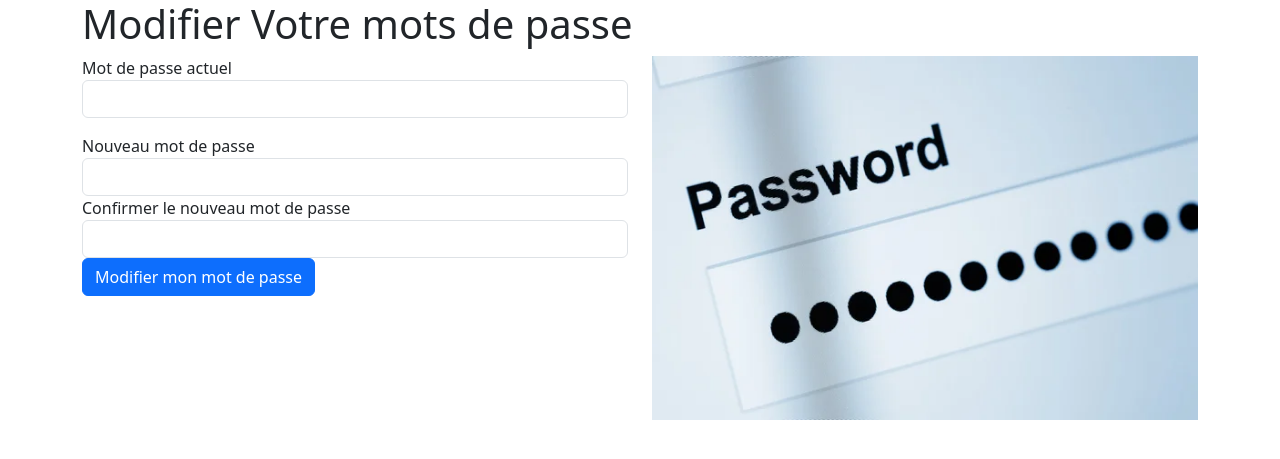
Repository: khadyba/GestionEtablissementScolaire
Page: resources/views/Professeurs/updatePassword.blade.php
These files come from the project's save history. The page is drawn as it stood at one moment and after a run of saves; the edit follows.
The browser window is 1280 px wide. The pictures show the whole page.
The page is served by the project's Laravel application, run on PHP 8.4 with Laravel 9. Other server files are loaded and not shown. The template is opened directly, without the code that normally fills it, so the values that code supplies are empty.

Above is the page before, as saved 2024-11-13 10:48:55.

### sunuEcole/routes/web.php
<?php

use App\Models\Classe;
use Illuminate\Support\Facades\Route;
use App\Http\Controllers\UsersController;
use App\Http\Controllers\ClasseController;
use App\Http\Controllers\ElevesController;
use App\Http\Controllers\ParentsController;
use App\Http\Controllers\PaymentController;
use App\Http\Controllers\AdminLoginController;
use App\Http\Controllers\ProfesseurController;
use App\Http\Controllers\ElevesCoursController;
use App\Http\Controllers\EvaluationsController;
use App\Http\Controllers\EtablissementController;
use App\Http\Controllers\SalleDeClasseController;
use App\Http\Controllers\AdministrateurController;
use App\Http\Controllers\EmploisDuTempsController;
use App\Http\Controllers\NotesController;
use App\Models\Administrateur;
use App\Models\Parents;

/*
|--------------------------------------------------------------------------
| Web Routes
|--------------------------------------------------------------------------
|
| Here is where you can register web routes for your application. These
| routes are loaded by the RouteServiceProvider within a group which
| contains the "web" middleware group. Now create something great!
|
*/

Route::get('/', function () {
    return view('layouts.app');
})->name('home');
            // Routes pour les utilisateurs
Route::prefix('users')->name('users.')->group(function () {
    Route::get('create', [UsersController::class, 'create'])->name('create');
    Route::post('/', [UsersController::class, 'store'])->name('store');
    Route::get('login', [UsersController::class, 'connection'])->name('login');
    Route::post('logout', [UsersController::class, 'logout'])->name('logout');
    Route::post('login', [UsersController::class, 'LoginForm'])->name('login.submit')->middleware('checkProfileCompletion');
});

// Routes pour creer  les administrateurs
Route::prefix('administrateurs')->name('administrateurs.')->group(function () {
    Route::get('create', [AdministrateurController::class, 'create'])->name('create');
    Route::post('/', [AdministrateurController::class, 'store'])->name('store');
});
// Routes pour la gestion de la connexion des administrateurs
Route::prefix('admin')->name('admin.')->group(function () {
    Route::get('login', [AdminLoginController::class, 'showLoginForm'])->name('login');
    Route::post('login', [AdminLoginController::class, 'login'])->name('login.submit');
    Route::post('logout', [AdminLoginController::class, 'logout'])->name('logout');
});
// route pour les administrateur dejat connecter
Route::middleware(['auth:admin'])->group(function () {
    Route::get('/admin/dashboard', [AdministrateurController::class, 'index'])->name('admin.dashboard');
    Route::post('/etablissement/creer', [EtablissementController::class, 'store'])->name('etablissements.store');
    Route::get('/etablissement/formulaire', [EtablissementController::class, 'create'])->name('etablissement.formulaire');
    Route::get('/admin/profile/edit', [AdministrateurController::class, 'edit'])->name('admin.profile.edit');
    Route::put('/admin/profile/update', [AdministrateurController::class, 'update'])->name('admin.profile.update');
    Route::get('/classes/create', [ClasseController::class, 'create'])->name('classes.create');
    Route::post('/classes', [ClasseController::class, 'store'])->name('classes.store');
    Route::get('/listDesClasses',[ClasseController::class,'index'])->name('classes.index');
    Route::get('/classes/{id}', [ClasseController::class, 'show'])->name('classes.show');
    Route::get('/classes/{id}/edit',[ClasseController::class,'edit'])->name('classes.edit');
    Route::put('/classes/{id}/update',[ClasseController::class,'update'])->name('classes.update');
    Route::delete('/classes/{id}',[ClasseController::class,'destroy'])->name('classes.destroy');
    Route::get('/classes/{id}/cours', [AdministrateurController::class, 'listeCours'])->name('list');
    // route pour creer les salle de classe
    Route::get('/admin/salles/create', [SalleDeClasseController::class, 'create'])->name('admin.salles.create');
    Route::post('/admin/salles/store', [SalleDeClasseController::class, 'store'])->name('admin.salles.store');
    Route::get('/admin/salles-de-classe', [SalleDeClasseController::class, 'index'])->name('admin.salles-de-classe.index');
    Route::get('/admin/sallesclasse/{id}/edit', [SalleDeClasseController::class, 'edit'])->name('admin.salles-de-classe.edit');
    Route::post('/admin/sallesclasse/{id}', [SalleDeClasseController::class, 'update'])->name('admin.salles-de-classe.update');
    Route::delete('/admin/sallesclasse/{id}', [SalleDeClasseController::class, 'destroy'])->name('admin.salles-de-classe.destroy');
    // route pour les affectations
    Route::get('/classes/{id}/eleves', [ClasseController::class, 'assignStudents'])->name('classes.assign.students');
    Route::get('/admin/eleves-inscrits', [AdministrateurController::class, 'listeElevesInscrits'])->name('admin.eleves.inscrits');
    Route::post('assign-eleves/{id}', [ClasseController::class, 'storeAssignedStudents'])->name('assign.eleves.store');
    Route::get('/classes/{id}/professeurs', [ClasseController::class, 'assignTeachers'])->name('classes.assign.teachers');
    Route::post('/classes/{id}/professeurs', [ClasseController::class, 'storeAssignedTeacher'])->name('classes.assign.teachers.store');
    Route::delete('/classes/{classeId}/professeurs/{professeurId}', [ClasseController::class, 'detachProfesseurFromClasse'])->name('classes.professeurs.detach');
    Route::delete('/classes/{classeId}/eleves/{eleveId}', [ClasseController::class, 'detachEleveClasse'])->name('classes.eleve.detach');
    Route::get('/classes/{classeId}/professeurs/manage', [ClasseController::class, 'manageProfessors'])->name('classes.professeurs.manage');
    Route::get('/classes/{classeId}/eleves/manage', [ClasseController::class, 'manageEleves'])->name('classes.eleves.manage');
    // route pour la gestion des emplois du temps
    Route::get('/emplois_du_temps', [EmploisDuTempsController::class, 'index'])->name('emplois_du_temps.index');
    Route::get('/emplois_du_temps/create/{classe}', [EmploisDuTempsController::class, 'create'])->name('emplois_du_temps.create');
    Route::post('/emplois_du_temps/store/{classe}', [EmploisDuTempsController::class, 'store'])->name('emplois_du_temps.store');
    Route::get('/emplois-du-temps/{id}/download', [EmploisDuTempsController::class, 'download'])->name('emplois_du_temps.download');
    // route pour l'ajout des professeur
    Route::get('/listProfAjouter',[AdministrateurController::class,'index'])->name('list.index');
    Route::get('/formulairAjout',[AdministrateurController::class,'formulaire'])->name('affiche.formulaire');
    Route::post('/AjouterProf',[AdministrateurController::class,'ajouterProfesseur'])->name('Ajout.ajouterProfesseur');

    Route::get('/professeurs', [AdministrateurController::class, 'listProfessors'])->name('professeurs.list');
    Route::delete('/professeurs/{id}', [AdministrateurController::class, 'destroyProfessor'])->name('professeurs.destroy');

    // route pour le calcul des moyenne et generation des bultin de notes
    Route::get('admin/classes/{id}/notes', [NotesController::class, 'showClassNotes'])->name('classes.notes');
    Route::get('admin/classes/eleves/{eleveId}/calculer-moyenne', [NotesController::class, 'calculerMoyenne'])->name('eleves.calculer_moyenne');
    Route::get('admin/classes/{classeId}/eleves/{eleveId}/bulletin', [NotesController::class, 'genererBulletin'])->name('eleves.bulletin');
    Route::get('admin/classes/{classeId}/eleves/{eleveId}/notes', [NotesController::class, 'showBulletin'])->name('classes.bulletin');
});

Route::middleware(['auth', 'checkProfileCompletion'])->group(function () {
    // Routes pour les professeurs
    Route::middleware('professor')->prefix('professeurs')->name('professeurs.')->group(function () {
        Route::get('/complete-profil', [ProfesseurController::class, 'showCompleteProfileForm'])->name('complete-profile');
        Route::post('/complete-profil', [ProfesseurController::class, 'completeProfile'])->name('complete-profile.store');
        Route::get('/profile/edit', [ProfesseurController::class, 'editProfile'])->name('profile.edit');
        Route::put('/profile/update', [ProfesseurController::class, 'updateProfile'])->name('profile.update');
        Route::get('/dashboard', [ProfesseurController::class, 'index'])->name('dashboard');
        Route::get('/listDesClasses', [ProfesseurController::class, 'index'])->name('classes.index');
        Route::get('/classes/{id}', [ProfesseurController::class, 'show'])->name('classes.show');
        Route::get('/cours/create/{classe}', [ProfesseurController::class, 'create'])->name('cours.create');
        Route::post('/cours', [ProfesseurController::class, 'store'])->name('cours.store');
        Route::get('/classes/{id}/cours', [ProfesseurController::class, 'listeCours'])->name('cours.list');
        Route::get('/cours/{id}', [ProfesseurController::class, 'detailCours'])->name('cours.detail');
        Route::get('/cours/{id}/edit', [ProfesseurController::class, 'edit'])->name('cours.edit');
        Route::put('/cours/{id}', [ProfesseurController::class, 'update'])->name('cours.update');
        Route::delete('/cours/{id}', [ProfesseurController::class, 'destroy'])->name('cours.destroy');
        Route::get('/salles/salleDisponible/{id}', [SalleDeClasseController::class, 'afficherSallesDisponibles'])->name('salle.disponible');
        Route::post('/cours/{coursId}/assign-salle/{salleId}', [SalleDeClasseController::class, 'assignSalle'])->name('cours.assignSalle');
        Route::get('/cours/download/{id}', [ProfesseurController::class, 'download'])->name('cours.download');
        Route::get('/classes/{id}/evaluations/create', [EvaluationsController::class, 'create'])->name('evaluations.create');
        Route::post('/evaluations/store', [EvaluationsController::class, 'store'])->name('evaluations.store');
        Route::get('/classes/{classe}/evaluations', [EvaluationsController::class, 'listEvaluations'])->name('evaluations.list');
        Route::get('/classes/{classeId}/evaluations/{evaluationId}/add_notes', [EvaluationsController::class, 'showAddNotesForm'])->name('evaluations.add_notes');
        Route::post('/classes/{id}/ajouter-notes', [EvaluationsController::class, 'storeNotes'])->name('evaluations.store_notes');
        Route::get('/notes/{classeId}', [NotesController::class, 'index'])->name('notes.list');
        Route::get('/notes/{note}/edit', [NotesController::class, 'edit'])->name('notes.edit');
        Route::post('/notes/{note}', [NotesController::class, 'update'])->name('notes.update');
        Route::delete('/notes/{note}', [NotesController::class, 'destroy'])->name('notes.delete');
        Route::get('/fomulaire/modifications/password', [UsersController::class,'editpassword'])->name('formulaire.modifications');
        Route::put('/modifer/password', [UsersController::class, 'updatePassword'])->name('update.password');



    });

    // Routes pour les élèves
    Route::middleware('student')->prefix('eleves')->name('eleves.')->group(function () {
        Route::get('/dashboard', [ElevesController::class, 'index'])->name('dashboard');
        Route::get('/cours', [ElevesController::class, 'index'])->name('cours.index');
        Route::get('/cours/{id}', [ElevesController::class, 'show'])->name('cours.show');
        Route::get('/cours/download/{id}', [ProfesseurController::class, 'download'])->name('cours.download');
        Route::get('/classes', [ElevesCoursController::class, 'index'])->name('classes.index');
        Route::get('/classes/{id}', [ElevesCoursController::class, 'show'])->name('classes.detail');
        Route::get('/classe/{id}/cours', [ElevesCoursController::class, 'listCours'])->name('cours.list');
        Route::get('/cours/{id}', [ElevesCoursController::class, 'detailCours'])->name('cours.detail');
        Route::get('/complete-profile', [ElevesController::class, 'completerProfil'])->name('completeProfileForm');
        Route::post('/complete-profile', [ElevesController::class, 'store'])->name('completeProfile');

        Route::get('/profile/edit', [ElevesController::class, 'editProfile'])->name('profile.edit');
        Route::put('/profile/update', [ElevesController::class, 'updateProfile'])->name('profile.update');

        Route::get('/pay-inscription', [PaymentController::class, 'redirectToPayment'])->name('payInscription');
        Route::get('/classes/{classe}/evaluations', [ElevesCoursController::class, 'listEvaluations'])->name('evaluations.list');
        Route::get('/notes', [ElevesCoursController::class, 'listNotes'])->name('notes.list');
        Route::get('/classes/{classeId}/eleves/{eleveId}/notes', [ElevesController::class, 'showBulletin'])->name('bulletin');
    });

    // Routes pour les parents
    Route::middleware('parent')->prefix('parents')->name('parents.')->group(function () {
        Route::get('/dashboard', [ParentsController::class, 'index'])->name('dashboard');
        Route::get('/complete-profile', [ParentsController::class, 'completerProfil'])->name('completeProfileForm');
        Route::post('/complete-profile', [ParentsController::class, 'store'])->name('completeProfile');
        Route::get('/pay-inscription', [ParentsController::class, 'redirectToPayment'])->name('payInscription');
        Route::get('/eleves/{eleve}/emploi_du_temps', [ParentsController::class, 'showEmploiDuTemps'])->name('eleves.emploi_du_temps');
        Route::get('/eleves/notes', [ParentsController::class, 'showNotes'])->name('eleves.notes');
        Route::get('/classes/{classeId}/eleves/{eleveId}/notes', [ParentsController::class, 'showBulletin'])->name('eleves.bulletin');

        Route::get('/profile/edit', [ParentsController::class, 'editProfile'])->name('profile.edit');
        Route::put('/profile/update', [ParentsController::class, 'updateProfile'])->name('profile.update');
    });
});


 // route apres le payment sur paydunya
 Route::get('payment/success', [PaymentController::class, 'success'])->name('payment.success');
 Route::get('payment/cancel', [PaymentController::class, 'cancel'])->name('payment.cancel');
 Route::post('payment/callback', [PaymentController::class, 'callback'])->name('payment.callback');


 Route::get('/test', function () {
    return view('layouts-admin.index');
})->name('test');

### sunuEcole/resources/views/Professeurs/updatePassword.blade.php
<!DOCTYPE html>
<html>
<head>
<meta charset="UTF-8">
<meta name="viewport" content="width=device-width, initial-scale=1.0">
<title>Completer profile</title>
<link rel="icon" type="image/png" href="{{ asset('assets/img/canvas.png') }}">
<link href="https://cdn.jsdelivr.net/npm/bootstrap@5.3.3/dist/css/bootstrap.min.css" rel="stylesheet" integrity="sha384-QWTKZyjpPEjISv5WaRU9OFeRpok6YctnYmDr5pNlyT2bRjXh0JMhjY6hW+ALEwIH" crossorigin="anonymous">
</head>
<body>


<div class= "container">

        <h1>Modifier Votre mots de passe </h1>

        <div class="row">

            <div class="col-md-6">
                @if(session('success'))
                <div class="alert alert-success">
                    {{ session('success') }}
                </div>
               @endif
                <form action="{{ route('professeurs.update.password') }}" method="POST">
                    @csrf
                    @method('PUT')

                    @if($errors->any())
                        <div class="alert alert-danger">
                            <ul>
                                @foreach ($errors->all() as $error)
                                    <li>{{ $error }}</li>
                                @endforeach
                            </ul>
                        </div>
                    @endif

                    <div class="form-group mb-3">
                        <label for="current_password">Mot de passe actuel</label>
                        <input type="password" name="current_password" id="current_password" class="form-control" required>
                    </div>

                    <div class="form-group">
                        <label for="new_password">Nouveau mot de passe</label>
                        <input type="password" name="new_password" id="new_password" class="form-control" required>
                    </div>

                    <div class="form-group">
                        <label for="new_password_confirmation">Confirmer le nouveau mot de passe</label>
                        <input type="password" name="new_password_confirmation" id="new_password_confirmation" class="form-control" required>
                    </div>

                    <button type="submit" class="btn btn-primary">Modifier mon mot de passe</button>
                </form>
            </div>


            <div class="col-md-6 ">
            <img src="{{ asset('assets/img/deposi.jpg') }}" alt="Image description" class="img-fluid ">
            </div>


        </div>
</div>


</body>
</html>

After the next 2 saves:
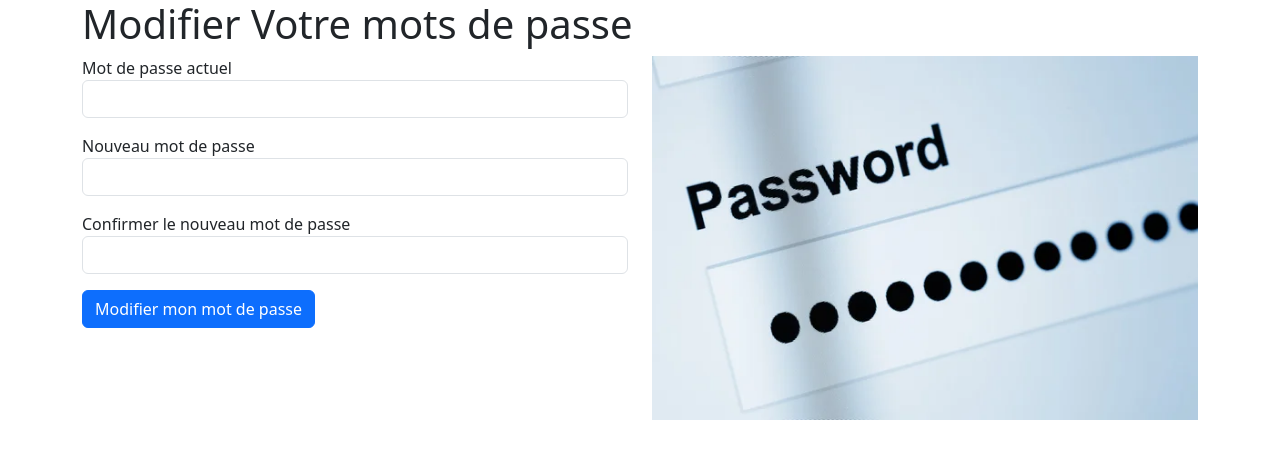
The 2 saves are shown as one change because they came seconds apart.
The last was saved 19 s later.
--- a/sunuEcole/resources/views/Professeurs/updatePassword.blade.php
+++ b/sunuEcole/resources/views/Professeurs/updatePassword.blade.php
@@ -41,12 +41,12 @@
                         <input type="password" name="current_password" id="current_password" class="form-control" required>
                     </div>
 
-                    <div class="form-group">
+                    <div class="form-group mb-3">
                         <label for="new_password">Nouveau mot de passe</label>
                         <input type="password" name="new_password" id="new_password" class="form-control" required>
                     </div>
 
-                    <div class="form-group">
+                    <div class="form-group mb-3">
                         <label for="new_password_confirmation">Confirmer le nouveau mot de passe</label>
                         <input type="password" name="new_password_confirmation" id="new_password_confirmation" class="form-control" required>
                     </div>
